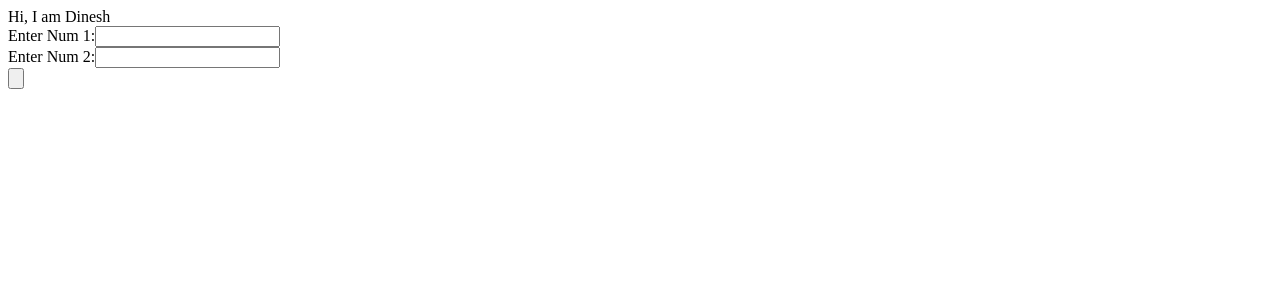
Repository: Dinesh333s/Spring_Projects
Page: http://localhost/SpringMVC/
These files come from the project's save history. The page is drawn as it stood at one moment and after the next save; the edit follows.
The browser window is 1280 px wide. The pictures show the whole page.
The page is served by Tomcat 9. Other server files are loaded and not shown.

Above is the page before, as saved 2022-11-03 08:25:03.

### SpringMVC/src/main/Webapp/index.jsp
<%@ page language="java" contentType="text/html; charset=UTF-8"
    pageEncoding="UTF-8"%>
<!DOCTYPE html>
<html>
<head>
<meta charset="UTF-8">
<title>Insert title here</title>
</head>
<body>
    Hi, I am Dinesh
    <form action ="add"> <!--  add is method  name -->
    Enter Num 1:<input type="number" > <br>
    Enter Num 2:<input type="number" > <br>
    <input name="Submit" type="button">


  </form>
</body>
</html>

After the next save:
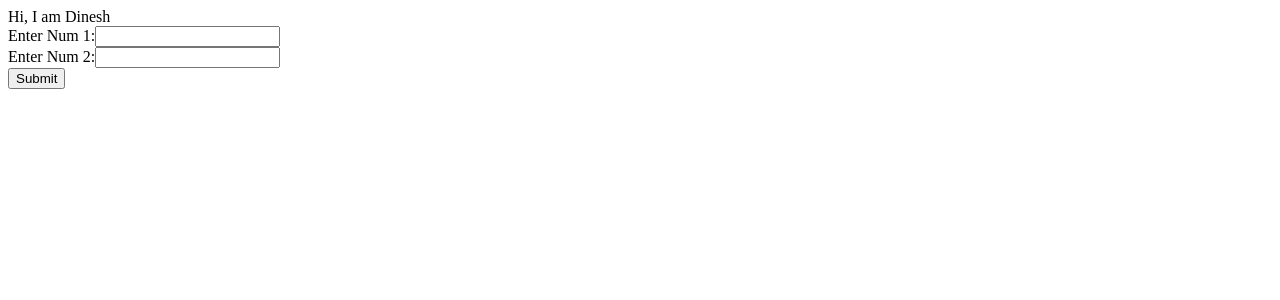
Saved 69 s later.
--- a/SpringMVC/src/main/Webapp/index.jsp
+++ b/SpringMVC/src/main/Webapp/index.jsp
@@ -11,7 +11,7 @@
     <form action ="add"> <!--  add is method  name -->
     Enter Num 1:<input type="number" > <br>
     Enter Num 2:<input type="number" > <br>
-    <input name="Submit" type="button">
+    <input  type="submit">
 
 
   </form>
